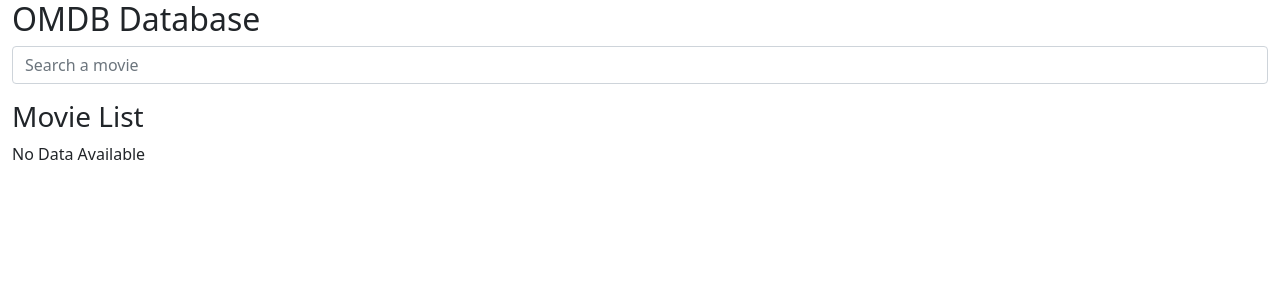
Repository: anirudhbichal/OMDBList
Page: /
An editor plug-in stored every save of this project. The page is shown before and after the next save, followed by the edit.
The browser window is 1280 px wide. The pictures show the whole page.
The page's requests for data from a server got no answer. The project was rebuilt for these pictures with package versions that can differ from the ones it lists, and the page was loaded fresh each time. No one was signed in, and anything a server would have sent is missing. Also part of the build but not shown: src/App.css, src/components/MovieList.js.

Above is the page before, as saved 2022-01-16 22:54:31.

After the next save:
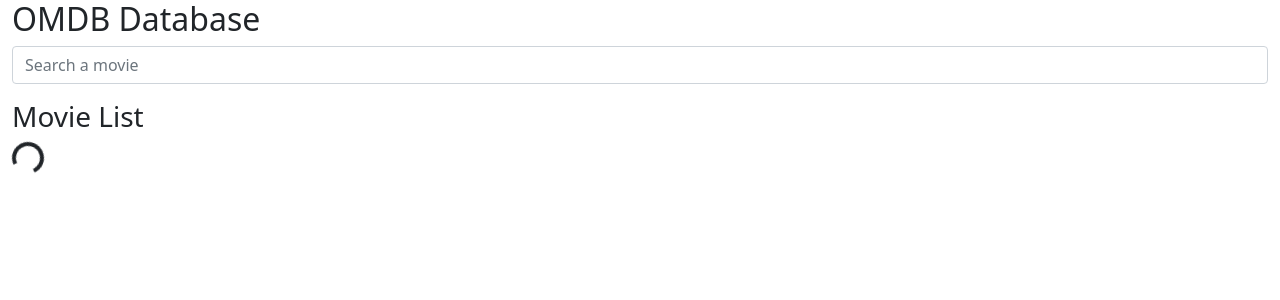
Saved 37 s later.
--- a/src/App.js
+++ b/src/App.js
@@ -6,9 +6,10 @@
 import MovieList from './components/MovieList';
 
 function App() {
-  const [searchvalue, setsearchvalue] = useState('');
+  const [searchvalue, setsearchvalue] = useState('fast');
   const [movies, setMovies] = useState([]);
   const [loading, setLoading] = useState(false);
+  const [initialLoad, setinitialLoad] = useState(true);
 
   function getFullMovieDetails (id) {
     return fetch(`http://www.omdbapi.com/?i=${id}&apikey=6c3a2d45`);
@@ -20,6 +21,7 @@
     results = await results.json();
     if(results.Response === "False") setLoading(false);
 
+    if(initialLoad && results.Response !== "False") results = results.splice(0,2);
     results && results.Search && Promise.all(results.Search.map((r) => getFullMovieDetails(r.imdbID)))
       .then(async(res)=> Promise.all(res.map(async(data) => await data.json())))
       .then(data => {
